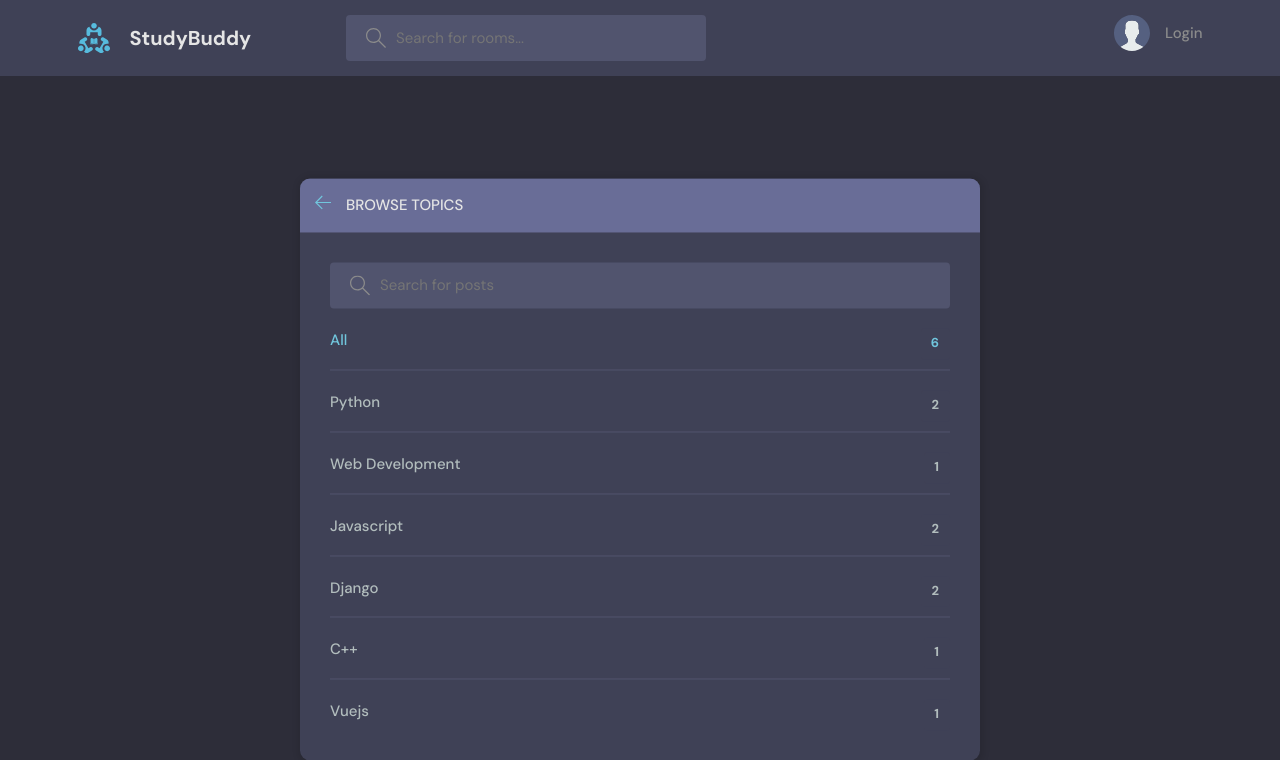
Repository: Dibbya65/Django-Basic
Page: http://localhost/topics/
These files come from the project's save history. The page is drawn as it stood at one moment and after the next save; the edit follows.
The browser window is 1280 px wide. The pictures show the whole page.
The page is served by the project's application, run on Django 3.2 (manage.py). The page reads the database file committed with the project.

Above is the page before, as saved 2021-11-20 21:55:00.

After the next save:
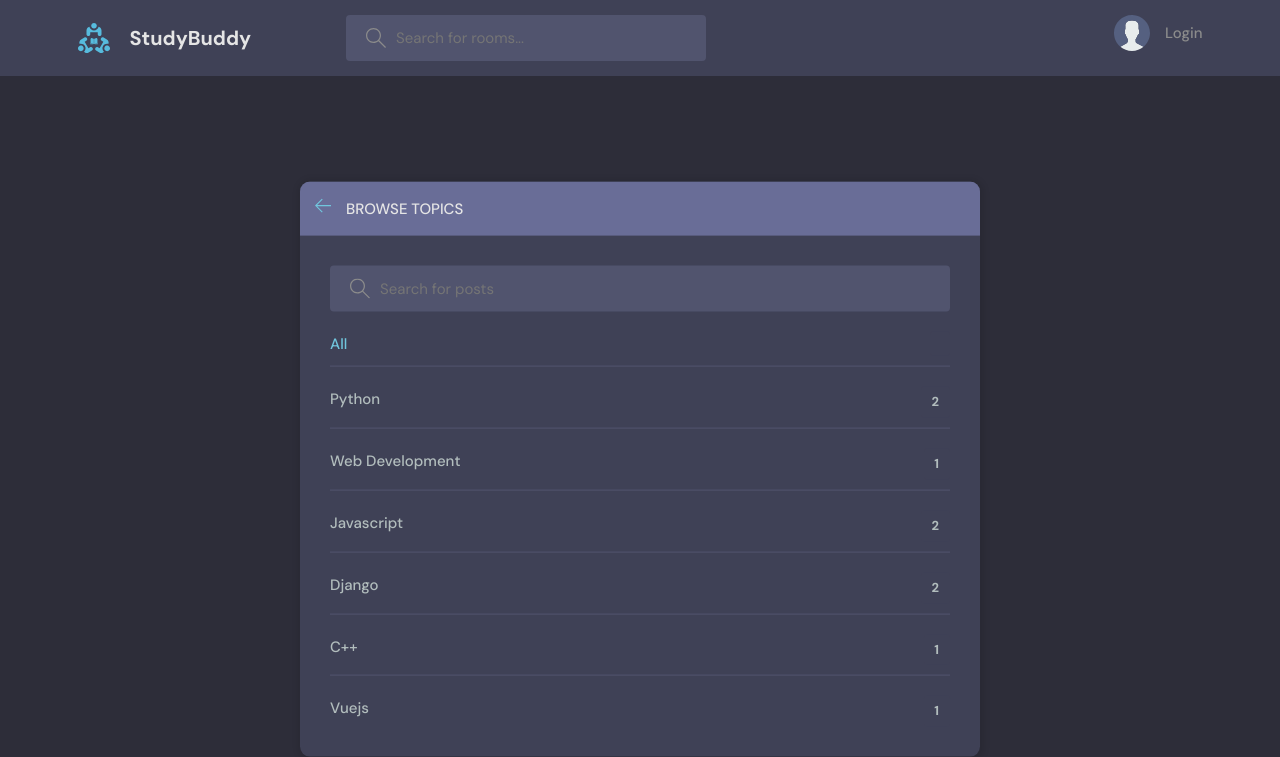
Saved 84 s later.
--- a/base/templates/base/topic.html
+++ b/base/templates/base/topic.html
@@ -1,51 +1,52 @@
 {% extends 'layouts/master.html' %}
 {% block title %}All Topics{% endblock title %}
 {% block content %}
- <main class="create-room layout">
-     <div class="container">
-         <div class="layout__box">
-             <div class="layout__boxHeader">
-                 <div class="layout__boxTitle">
-                     <a href="{% url 'home' %}">
-                         <svg version="1.1" xmlns="http://www.w3.org/2000/svg" width="32" height="32"
-                             viewBox="0 0 32 32">
-                             <title>arrow-left</title>
-                             <path
-                                 d="M13.723 2.286l-13.723 13.714 13.719 13.714 1.616-1.611-10.96-10.96h27.625v-2.286h-27.625l10.965-10.965-1.616-1.607z">
-                             </path>
-                         </svg>
-                     </a>
-                     <h3>Browse Topics</h3>
-                 </div>
-             </div>
+<main class="create-room layout">
+    <div class="container">
+        <div class="layout__box">
+            <div class="layout__boxHeader">
+                <div class="layout__boxTitle">
+                    <a href="{% url 'home' %}">
+                        <svg version="1.1" xmlns="http://www.w3.org/2000/svg" width="32" height="32"
+                            viewBox="0 0 32 32">
+                            <title>arrow-left</title>
+                            <path
+                                d="M13.723 2.286l-13.723 13.714 13.719 13.714 1.616-1.611-10.96-10.96h27.625v-2.286h-27.625l10.965-10.965-1.616-1.607z">
+                            </path>
+                        </svg>
+                    </a>
+                    <h3>Browse Topics</h3>
+                </div>
+            </div>
 
-             <div class="topics-page layout__body">
-                 <form class="header__search" action="{% url 'home' %}" method="GET">
-                     <label>
-                         <svg version="1.1" xmlns="http://www.w3.org/2000/svg" width="32" height="32"
-                             viewBox="0 0 32 32">
-                             <title>search</title>
-                             <path
-                                 d="M32 30.586l-10.845-10.845c1.771-2.092 2.845-4.791 2.845-7.741 0-6.617-5.383-12-12-12s-12 5.383-12 12c0 6.617 5.383 12 12 12 2.949 0 5.649-1.074 7.741-2.845l10.845 10.845 1.414-1.414zM12 22c-5.514 0-10-4.486-10-10s4.486-10 10-10c5.514 0 10 4.486 10 10s-4.486 10-10 10z">
-                             </path>
-                         </svg>
-                         <input placeholder="Search for posts" name="q" type="text" />
-                     </label>
-                 </form>
+            <div class="topics-page layout__body">
+                <form class="header__search" action="{% url 'home' %}" method="GET">
+                    <label>
+                        <svg version="1.1" xmlns="http://www.w3.org/2000/svg" width="32" height="32"
+                            viewBox="0 0 32 32">
+                            <title>search</title>
+                            <path
+                                d="M32 30.586l-10.845-10.845c1.771-2.092 2.845-4.791 2.845-7.741 0-6.617-5.383-12-12-12s-12 5.383-12 12c0 6.617 5.383 12 12 12 2.949 0 5.649-1.074 7.741-2.845l10.845 10.845 1.414-1.414zM12 22c-5.514 0-10-4.486-10-10s4.486-10 10-10c5.514 0 10 4.486 10 10s-4.486 10-10 10z">
+                            </path>
+                        </svg>
+                        <input placeholder="Search for posts" name="q" type="text" />
+                    </label>
+                </form>
 
-                 <ul class="topics__list">
-                     <li>
-                         <a href="/" class="active">All <span>{{topics.count}}</span></a>
-                     </li>
-                     {% for topic in topics %}
-                     <li>
-                         <a href="{% url 'home' %}?q={{topic.name}}">{{topic.name}} <span>{{topic.room_set.all.count}}</span></a>
-                     </li>
-                     {% endfor %}
+                <ul class="topics__list">
+                    <li>
+                        <a href="/" class="active">All <span>{{topics.room_set.all.count}}</span></a>
+                    </li>
+                    {% for topic in topics %}
+                    <li>
+                        <a href="{% url 'home' %}?q={{topic.name}}">{{topic.name}}
+                            <span>{{topic.room_set.all.count}}</span></a>
+                    </li>
+                    {% endfor %}
 
-                 </ul>
-             </div>
-         </div>
-     </div>
- </main>
+                </ul>
+            </div>
+        </div>
+    </div>
+</main>
 {% endblock content %}
